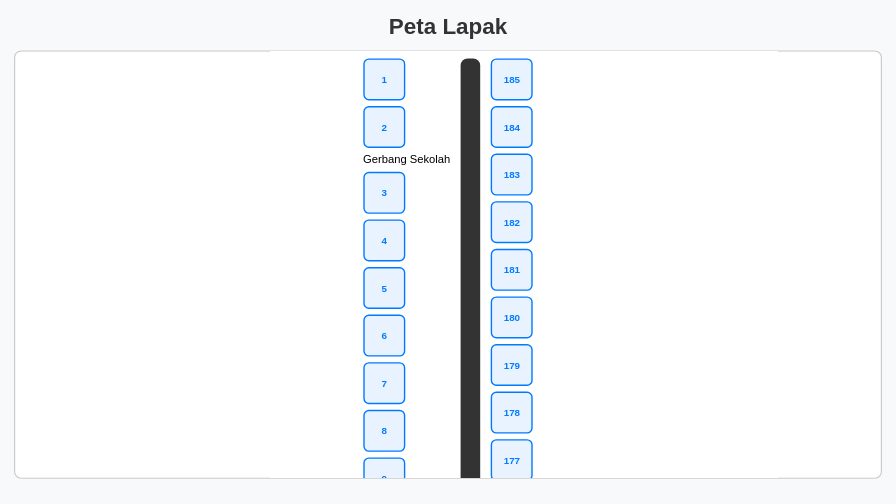
Repository: pasarrakyatbak/denah
Page: index.html
An editor plug-in stored every save of this project. The page is shown before and after the next save, followed by the edit.
The browser window is 1280 px wide. The pictures show the part of the page from y = 0 to 1920 px (the page is 720 px tall before and 7592 px after), at 70% of full size.
An inner scrolling area shows only its first screen.

Above is the page before, as saved 2025-09-19 08:08:58.

### index.html
<!DOCTYPE html>
<html lang="id">
<head>
  <meta charset="UTF-8">
  <meta name="viewport" content="width=device-width, initial-scale=1.0">
  <title>Peta Lapak</title>
  <link rel="stylesheet" href="style.css">
</head>
<body>
  <h1>Peta Lapak</h1>

  <div class="scroll-container">
    <div class="road-layout">
      <!-- Sisi Kiri -->
      <div class="side left" id="left-side"></div>

      <!-- Jalan Tengah -->
      <div class="road">JALAN</div>

      <!-- Sisi Kanan -->
      <div class="side right" id="right-side"></div>
    </div>
  </div>

  <script src="script.js"></script>
</body>
</html>

### style.css
/* Reset dasar */
* {
    margin: 0;
    padding: 0;
    box-sizing: border-box;
    font-family: Arial, sans-serif;
}

body {
    background: #f8f9fa;
    padding: 20px;
    text-align: center;
}

h1 {
    margin-bottom: 15px;
    color: #333;
}

/* Kontainer scroll vertikal */
.scroll-container {
    max-height: 85vh;
    overflow-y: auto;
    border: 2px solid #ccc;
    border-radius: 10px;
    background: #fff;
}

/* Layout jalan */
.road-layout {
    display: flex;
    flex-direction: row;
    justify-content: center;
    padding: 10px;
    gap: 15px;
}

/* Kolom sisi */
.side {
    display: flex;
    flex-direction: column;
    gap: 8px;
}

/* Jalan tengah */
.road {
    writing-mode: vertical-rl;
    text-orientation: mixed;
    font-weight: bold;
    background: #333;
    color: #fff;
    padding: 10px 5px;
    border-radius: 10px;
}

/* Kotak lapak */
.lapak {
    width: 60px;
    height: 60px;
    display: flex;
    align-items: center;
    justify-content: center;
    border: 2px solid #007bff;
    border-radius: 8px;
    background: #e9f2ff;
    font-size: 14px;
    font-weight: bold;
    color: #007bff;
}

/* Responsif tablet */
@media (max-width: 1024px) {
    .lapak {
        width: 50px;
        height: 50px;
        font-size: 12px;
    }
}

/* Responsif HP */
@media (max-width: 600px) {
    .road-layout {
        gap: 8px;
    }

    .lapak {
        width: 40px;
        height: 40px;
        font-size: 11px;
    }
}

### script.js
// Nomor lapak sisi kiri
const leftNumbers = [
    1, 2, 3, 4, 5, 6, 7, 8, 9, 10, 11,
    15, 16, 17, 18, 19, 20, 21, 22, 23, 24, 25, 26, 27, 28, 29, 30, 31, 32, 33, 34, 35, 36,
    37, 38, 39, 40, 41, 42, 43, 44, 45, 46, 47, 48, 49, 50, 51, 52, 53, 54, 55, 56, 57, 58, 59, 60,
    61, 62, 63, 64, 65, 66, 67, 68, 69, 70, 71, 72, 73, 74, 75, 76, 77, 78, 79, 80, 81, 82, 83, 84,
    85, 86, 87, 88, 89, 90, 91, 92, 93, 94, 95, 96, 97, 98, 99, 100, 101, 102, 103, 104,
    186, 187, 188, 189, 190, 191, 192, 193
];
// Nomor lapak sisi kanan (tetap sama daftarnya)
const rightNumbers = [
    194, 195, 196, 197, 198, 199, 200, 201, 202, 203, 204, 205, 206, 207, 208, 209, 210, 211, 212, 213,
    105, 106, 107, 108, 109, 110, 111, 112, 113, 114, 115, 116, 117, 118, 119, 120, 121, 122, 123, 124,
    125, 126, 127, 128, 129, 130, 131, 132, 133, 134, 135, 136, 137, 138,
    214, 215, 216,
    139, 140, 141, 142, 143, 144, 145, 146, 147, 148, 149, 150, 151, 152, 153, 154, 155, 156, 157, 158, 159, 160,
    161, 162, 163, 164, 165, 166, 167, 168, 169, 170, 171, 172, 173, 174, 175, 176, 177, 178, 179, 180,
    181, 182, 183, 184, 185
];

// Render sisi kanan dengan urutan dibalik
const rightSide = document.getElementById("right-side");
rightNumbers.slice().reverse().forEach(num => {
    const div = document.createElement("div");
    div.className = "lapak";
    div.textContent = num;
    rightSide.appendChild(div);
});

// Render sisi kiri
const leftSide = document.getElementById("left-side");
leftNumbers.forEach(num => {
    const div = document.createElement("div");
    div.className = "lapak";
    div.textContent = num;
    leftSide.appendChild(div);

    // Tambahkan tanda jalan setelah nomor 2
    if (num === 2) {
        const jalanGerbang = document.createElement("div");
        jalanGerbang.className = "jalan-gerbang";
        jalanGerbang.textContent = "Gerbang Sekolah";
        leftSide.appendChild(jalanGerbang);
    }

    // Tambahkan tanda jalan setelah nomor 11
    if (num === 11) {
        const jalanGerbang = document.createElement("div");
        jalanGerbang.className = "jalan-gerbang";
        jalanGerbang.textContent = "Gerbang Sekolah";
        leftSide.appendChild(jalanGerbang);
    }
});

After the next save:
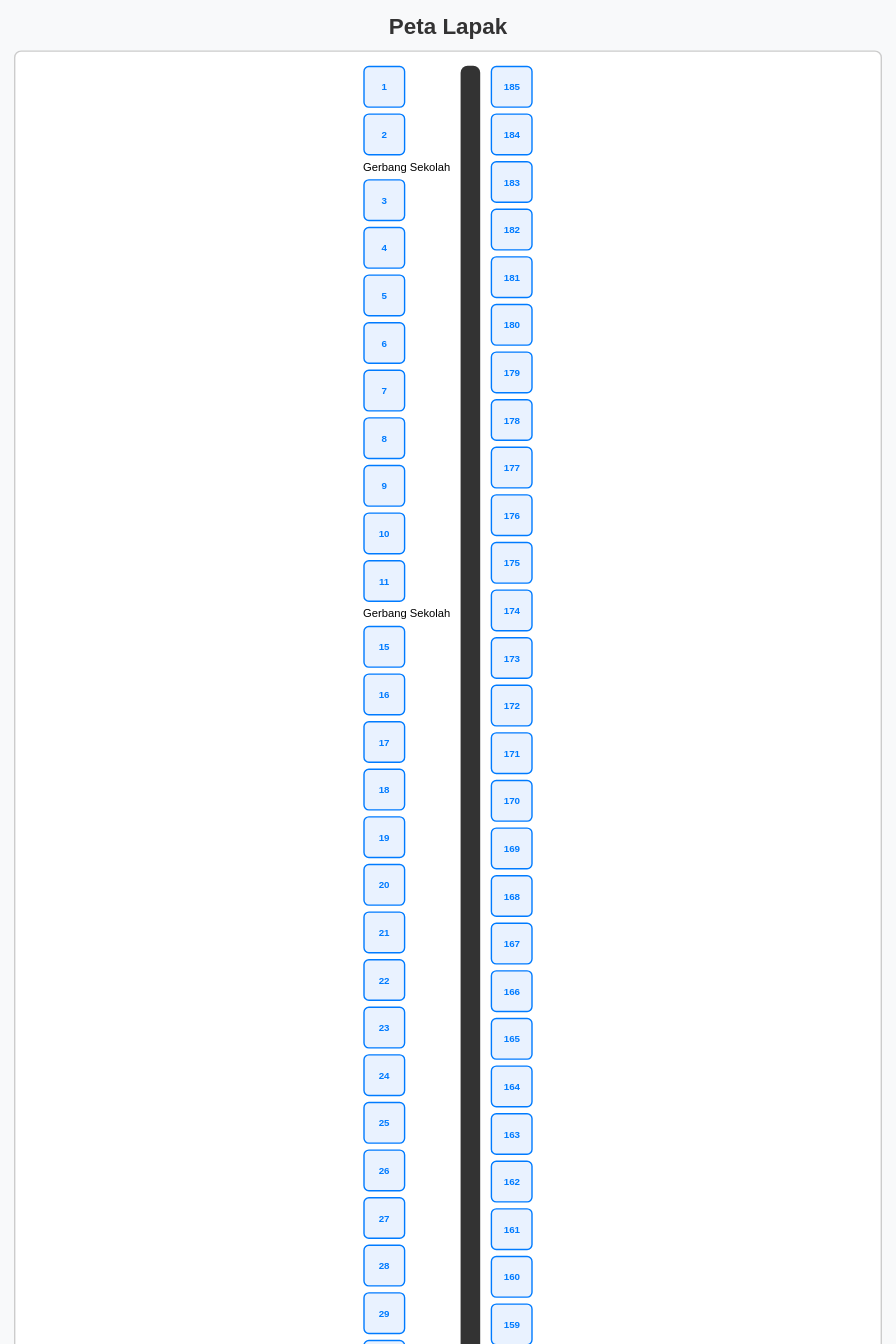
Saved 2 min 7 s later.
--- a/style.css
+++ b/style.css
@@ -19,12 +19,14 @@ h1 {
 
 /* Kontainer scroll vertikal */
 .scroll-container {
-    max-height: 85vh;
-    overflow-y: auto;
+    max-width: 100%;
+    overflow-x: auto;
     border: 2px solid #ccc;
     border-radius: 10px;
     background: #fff;
+    padding: 10px;
 }
+
 
 /* Layout jalan */
 .road-layout {
